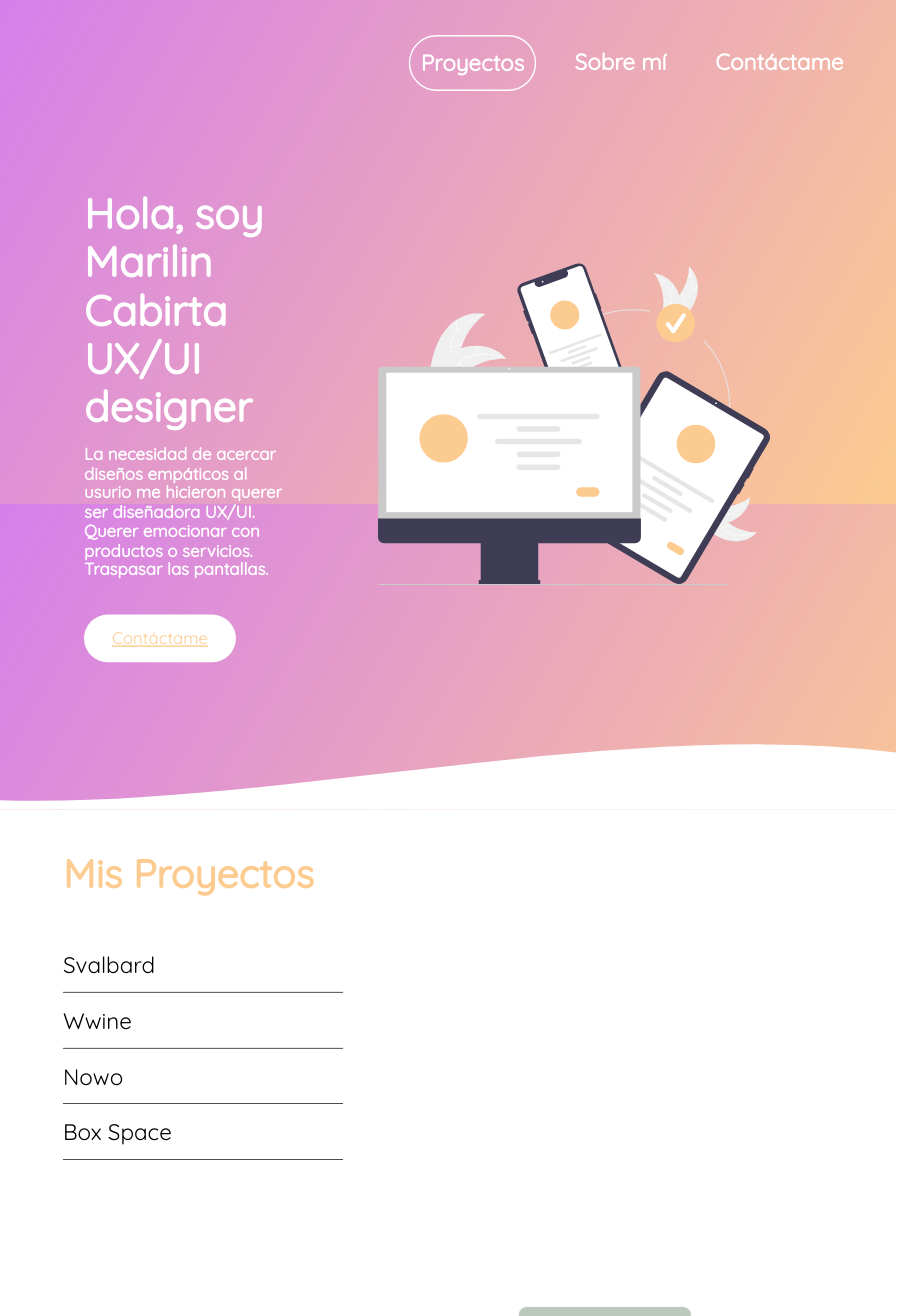
Repository: Marilyncabirta/portfolioHTML
Page: index.html
An editor plug-in stored every save of this project. The page is shown before and after a run of saves, followed by the edit.
The browser window is 1280 px wide. The page is 1280 px wide, then 1320 px, so the pictures cover 1320 px, including what lies to the right of the window. The pictures show the part of the page from y = 0 to 1880 px (the page is 5390 px tall before and 5266 px after), at 70% of full size.
Backgrounds fixed to the window are drawn as part of the page. Some web libraries are served in a nearby version.

Above is the page before, as saved 2022-12-16 13:44:00.

After the next 2 saves:
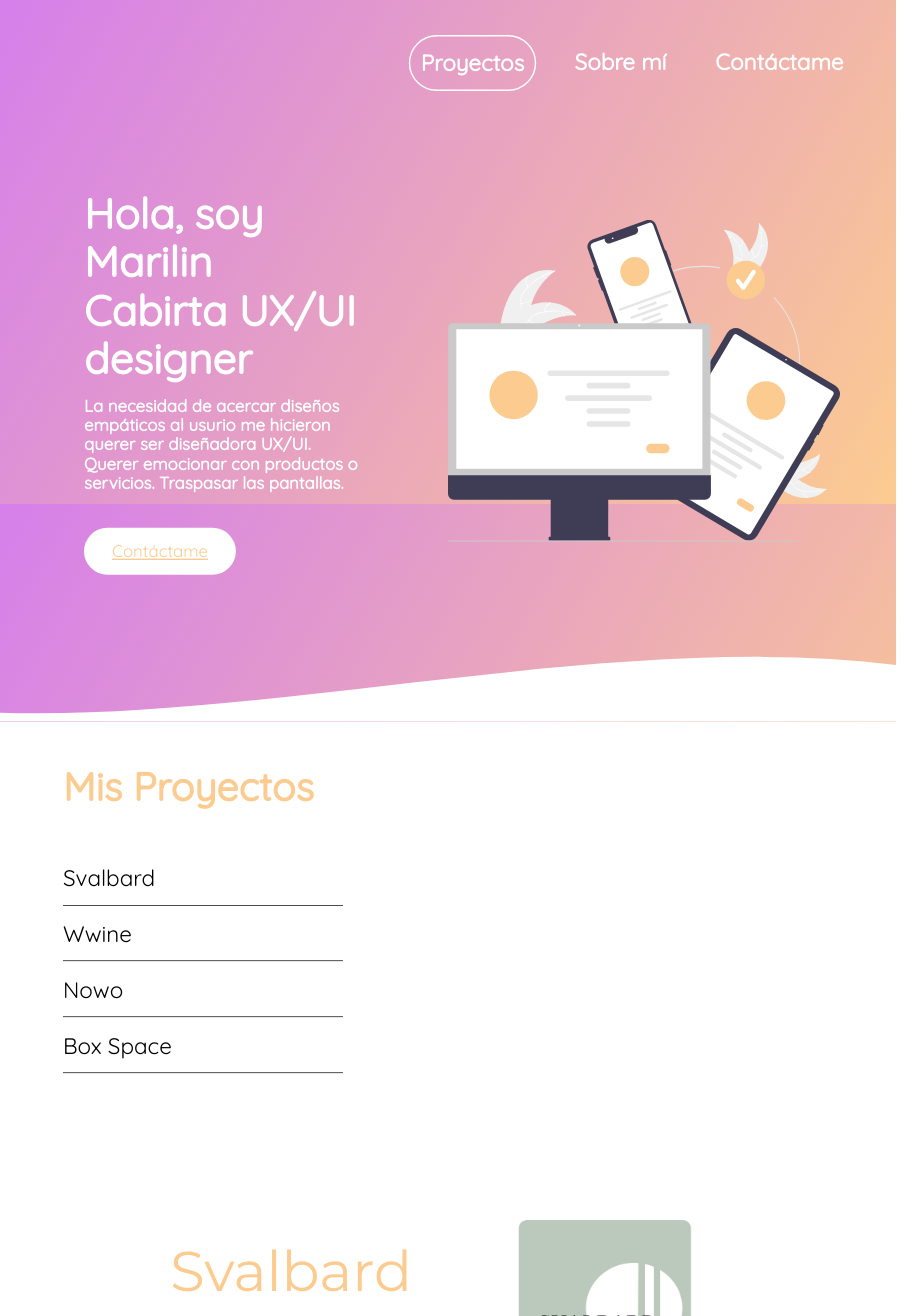
The 2 saves are shown as one change because they came seconds apart.
The last was saved 2 min 46 s later.
--- a/css/estilos.css
+++ b/css/estilos.css
@@ -28,8 +28,8 @@ body{
 }
 .hero__contenedor{
     width: 100%;
-    max-width: 1140px;
-    height: fit-content;
+
+
     display: grid;
     grid-template-columns: 1fr 1fr ;
     height: 100%;
